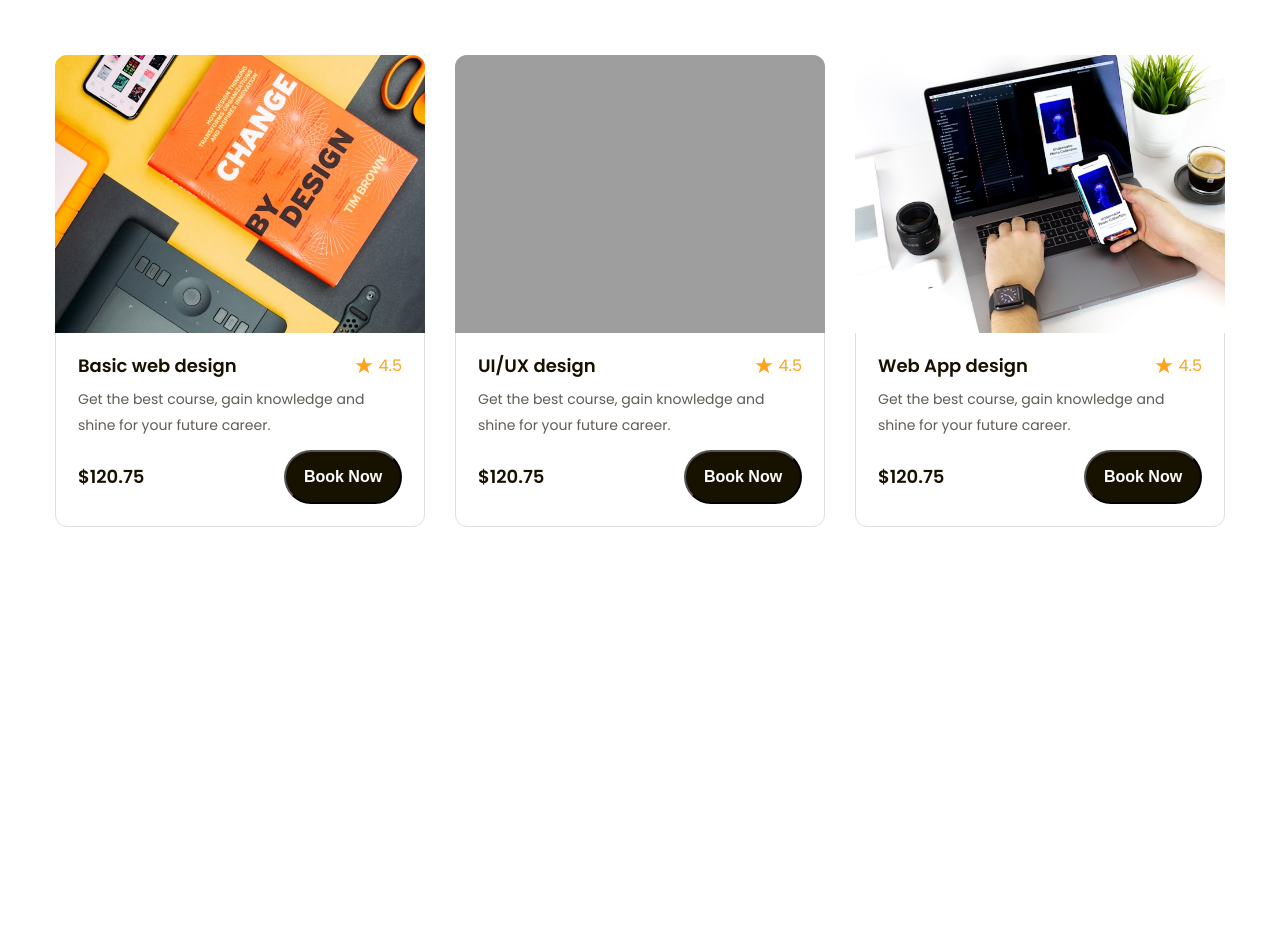
Repository: vancong171001/f8-html-css-02
Page: index.html
These files come from the project's save history. The page is drawn as it stood at one moment and after the next save; the edit follows.
The browser window is 1280 px wide. The pictures show the part of the page from y = 1244 to 2196 px (the page is 5000 px tall).
Pictures or frames that could not be fetched are drawn as grey boxes. A picture or video elsewhere on the page could not be fetched, so the positions and the page height are approximate.

Above is the page before, as saved 2025-03-11 14:29:53.

After the next save:
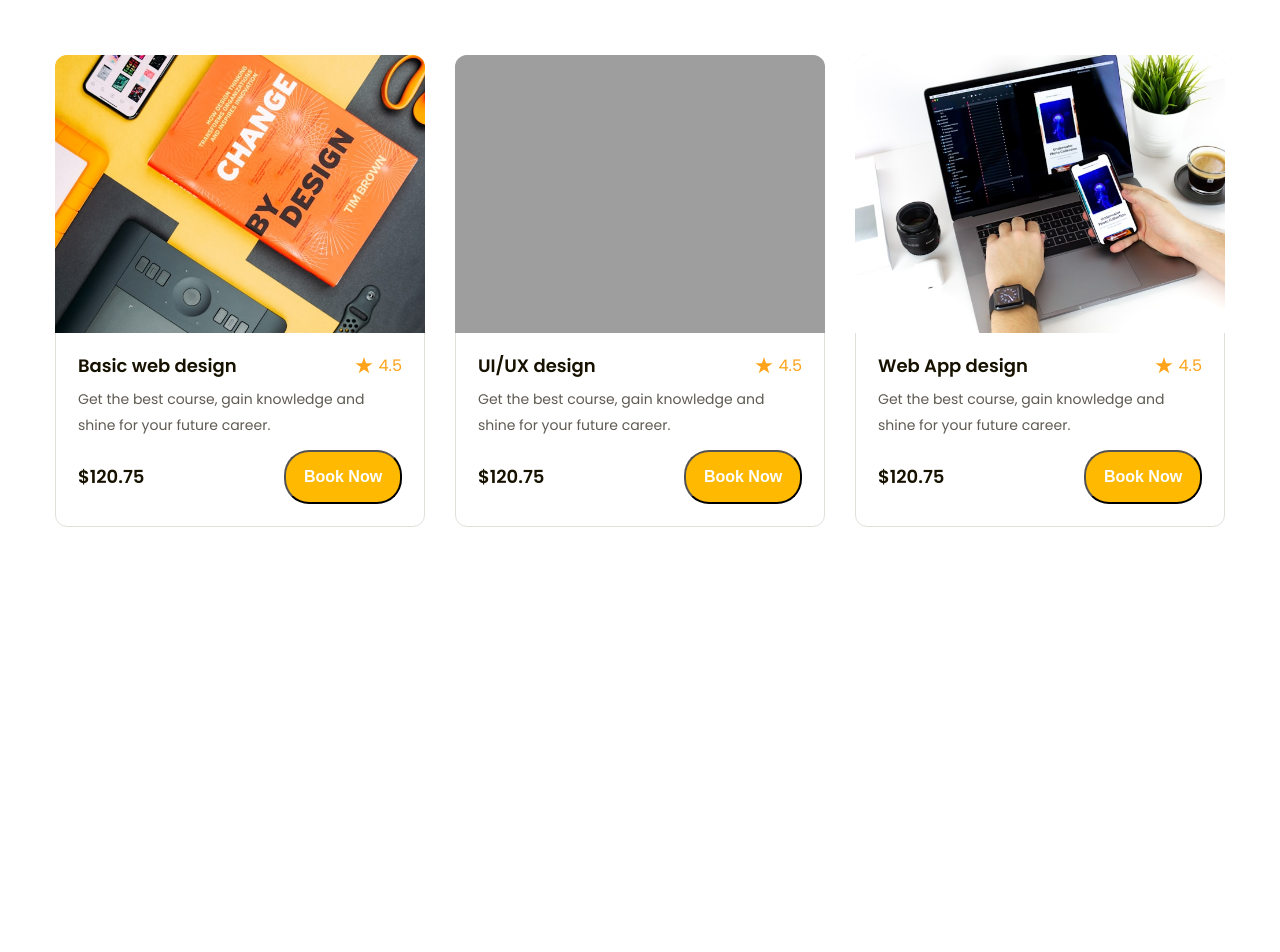
Saved 17 s later.
--- a/assets/css/style.css
+++ b/assets/css/style.css
@@ -375,5 +375,6 @@
 }
 
 .popular .foot .btn {
-  min-width: 118px;
-}
+  border-radius: 25px;
+  background: #ffb900;
+}
